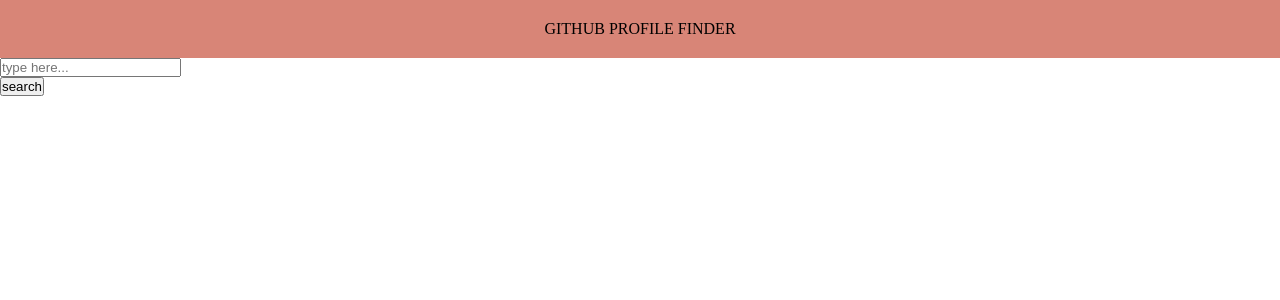
Repository: nilesjamex/githubprofilefinder
Page: index.html
An editor plug-in stored every save of this project. The page is shown before and after the next save, followed by the edit.
The browser window is 1280 px wide. The pictures show the whole page.

Above is the page before, as saved 2020-11-18 21:07:56.

After the next save:
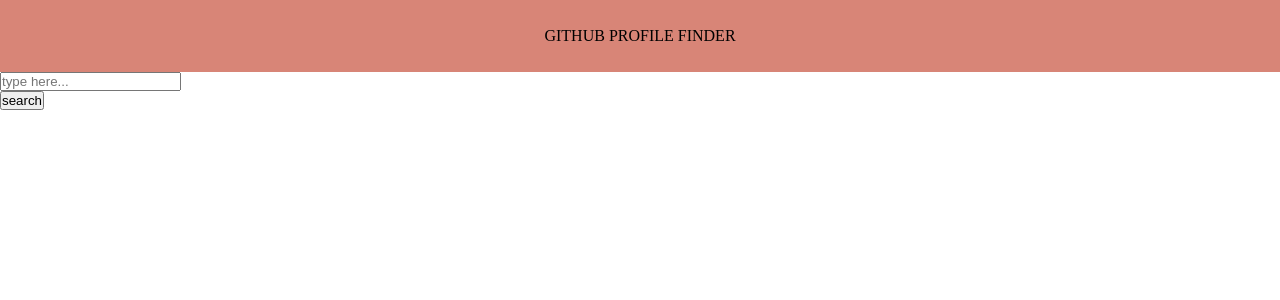
Saved 13 s later.
--- a/styles.css
+++ b/styles.css
@@ -4,7 +4,7 @@
     box-sizing: border-box;
 }
 nav{
-    min-height: 8vh;
+    min-height: 10vh;
     background-color: #d88577;
     display: flex;
     justify-content: center;
